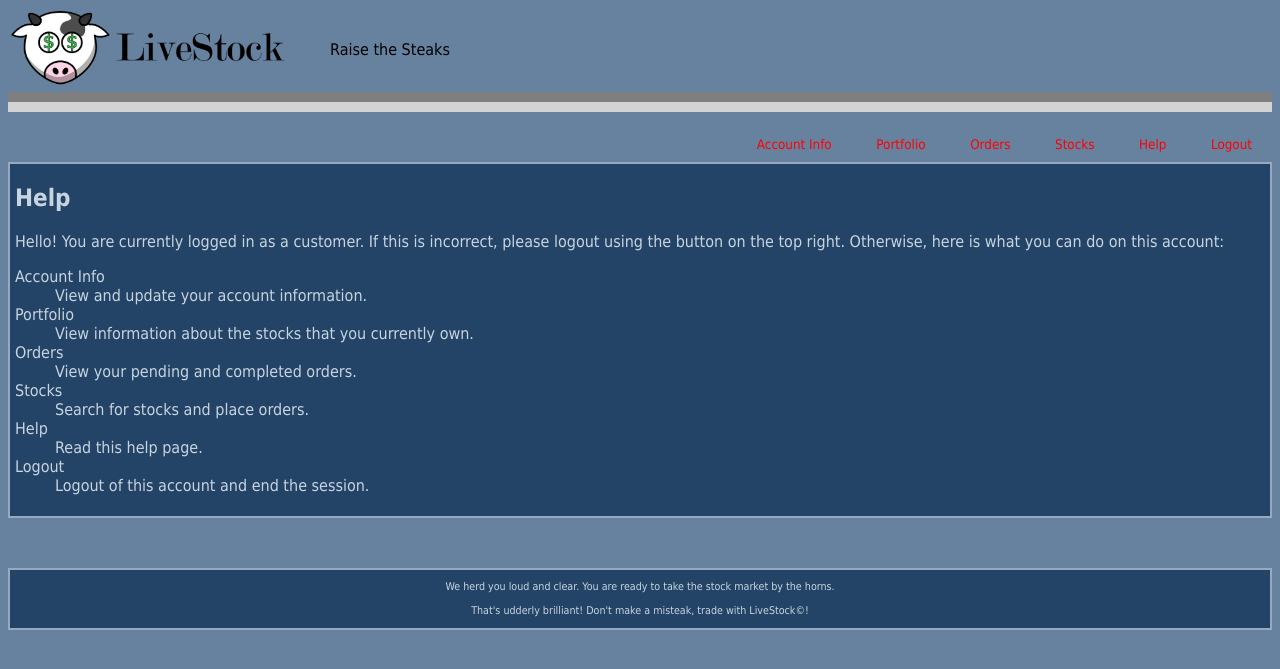
Repository: yastapova/live-stock
Page: http://localhost/LiveStockSite/WEB-INF/cust_help.jsp
These files come from the project's save history. The page is drawn as it stood at one moment and after the next save; the edit follows.
The browser window is 1280 px wide. The pictures show the whole page.
The page is served by Tomcat 9. Nobody is signed in. Other server files are loaded and not shown. The template is opened directly, without the code that normally fills it, so the values that code supplies are empty.

Above is the page before, as saved 2016-04-19 22:43:14.

### LiveStockSite/WebContent/WEB-INF/cust_help.jsp
<!DOCTYPE html>
<html>
<head>
	<meta charset="ISO-8859-1">
	<title>LiveStock Trading | Help</title>
	<link rel="stylesheet" href="gen.css" />
</head>
<body>
	<jsp:include page="_header.jsp"></jsp:include>
	<jsp:include page="_cust_menu.jsp"></jsp:include>
	<div class="body" align="Left">
		<h2>Help</h2>
		<p>Hello! You are currently logged in as a customer. If this is incorrect,
		please logout using the button on the top right. Otherwise, here is what
		you can do on this account:</p>
		<dl>
			<dt>Account Info</dt>
			<dd>View and update your account information.</dd>
			<dt>Portfolio</dt>
			<dd>View information about the stocks that you currently own.</dd>
			<dt>Orders</dt>
			<dd>View your pending and completed orders.</dd>
			<dt>Stocks</dt>
			<dd>Search for stocks and place orders.</dd>
			<dt>Help</dt>
			<dd>Read this help page.</dd>
			<dt>Logout</dt>
			<dd>Logout of this account and end the session.</dd>
		</dl>
	</div>

	<jsp:include page="_footer.jsp"></jsp:include>
</body>
</html>

### LiveStockSite/WebContent/WEB-INF/_header.jsp
<%@ page language="java" contentType="text/html; charset=ISO-8859-1"
    pageEncoding="ISO-8859-1"%>
<div class="header">
	<table>
		<tr>
			<td width='315px'><a href="home"><img src="LivestockLogoName2.png" width='300px'></a></td>
			<td width='300px'><p>Raise the Steaks</p></td>
		</tr>
	</table>
	</div>

### LiveStockSite/WebContent/WEB-INF/_cust_menu.jsp
<%@ page language="java" contentType="text/html; charset=ISO-8859-1"
    pageEncoding="ISO-8859-1"%>
<div class="menu" align="right">
	<a href="cust_acc_info.jsp" class="active">Account Info</a>
	<a href="cust_portfolio.jsp">Portfolio</a>
	<a href="cust_orders.jsp">Orders</a>
	<a href="cust_stocks.jsp">Stocks</a>
	<a href="cust_help.jsp">Help</a>
	<a href="">Logout</a>
</div>

### LiveStockSite/WebContent/WEB-INF/_footer.jsp
<%@ page language="java" contentType="text/html; charset=ISO-8859-1"
    pageEncoding="ISO-8859-1"%>
<div class="footer">
	<p>We herd you loud and clear. You are ready to take the stock market by the horns.</p>
	<p>That's udderly brilliant! Don't make a misteak, trade with LiveStock&copy;!</p>
</div>

### LiveStockSite/WebContent/WEB-INF/gen.css
@CHARSET "ISO-8859-1";

body {
	background-color: #67829F;
	font-family: Tahoma;
}
a {
	font-size: 10pt;
}
.body a:link {
	color: #D6C9E2;
}
.body a:visited {
	color: #896AA4;
}
.body a:hover {
	color: #D6C9E2;
}
.formlabel {
	font-size: 10pt;
}
.header {
	border-bottom-style: groove;
	border-bottom-width: 20px;
	border-bottom-color: lightgrey;
	margin-bottom: 15px;
}
.body {
	padding-left: 5px;
	padding-right: 5px;
	padding-bottom: 5px;
	background-color: #234467;
	border-style: solid;
	border-width: 2px;
	border-color: #95AAC0;
	color: #C8D4E0;
}
.footer {
	text-align: center;
	margin-top: 50px;
	padding-left: 5px;
	padding-right: 5px;
	background-color: #234467;
	border-style: solid;
	border-width: 2px;
	border-color: #95AAC0;
	color: #C8D4E0;
}
.footer p {
	font-size: 8pt;
}
.menu a:link, a:visited {
	background-color: #67829F;
	color: red;
	padding: 10px 20px;
	text-align: center;
	text-decoration: none;
	display: inline-block;
}
.menu a:hover, a:active {
	background-color:#AF98C4;
	color: #436285;
}

After the next save:
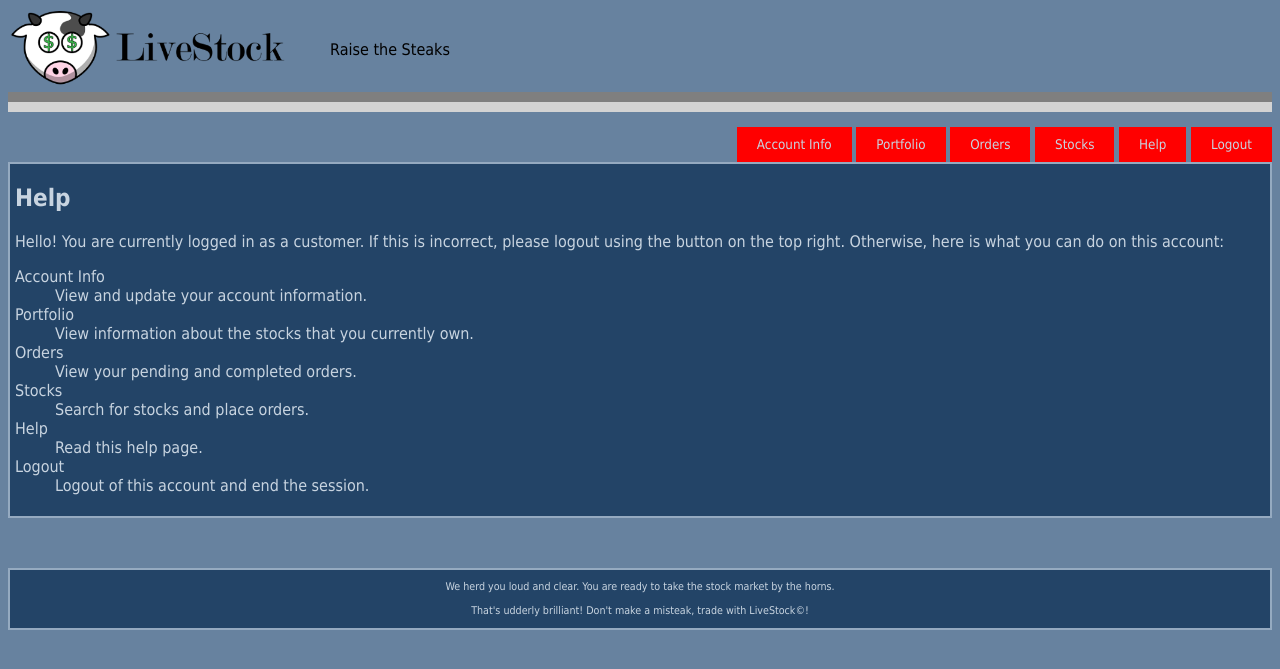
Saved 26 s later.
--- a/LiveStockSite/WebContent/WEB-INF/gen.css
+++ b/LiveStockSite/WebContent/WEB-INF/gen.css
@@ -50,8 +50,8 @@ a {
 	font-size: 8pt;
 }
 .menu a:link, a:visited {
-	background-color: #67829F;
-	color: red;
+	background-color: red;
+	color: #C8D4E0;
 	padding: 10px 20px;
 	text-align: center;
 	text-decoration: none;
